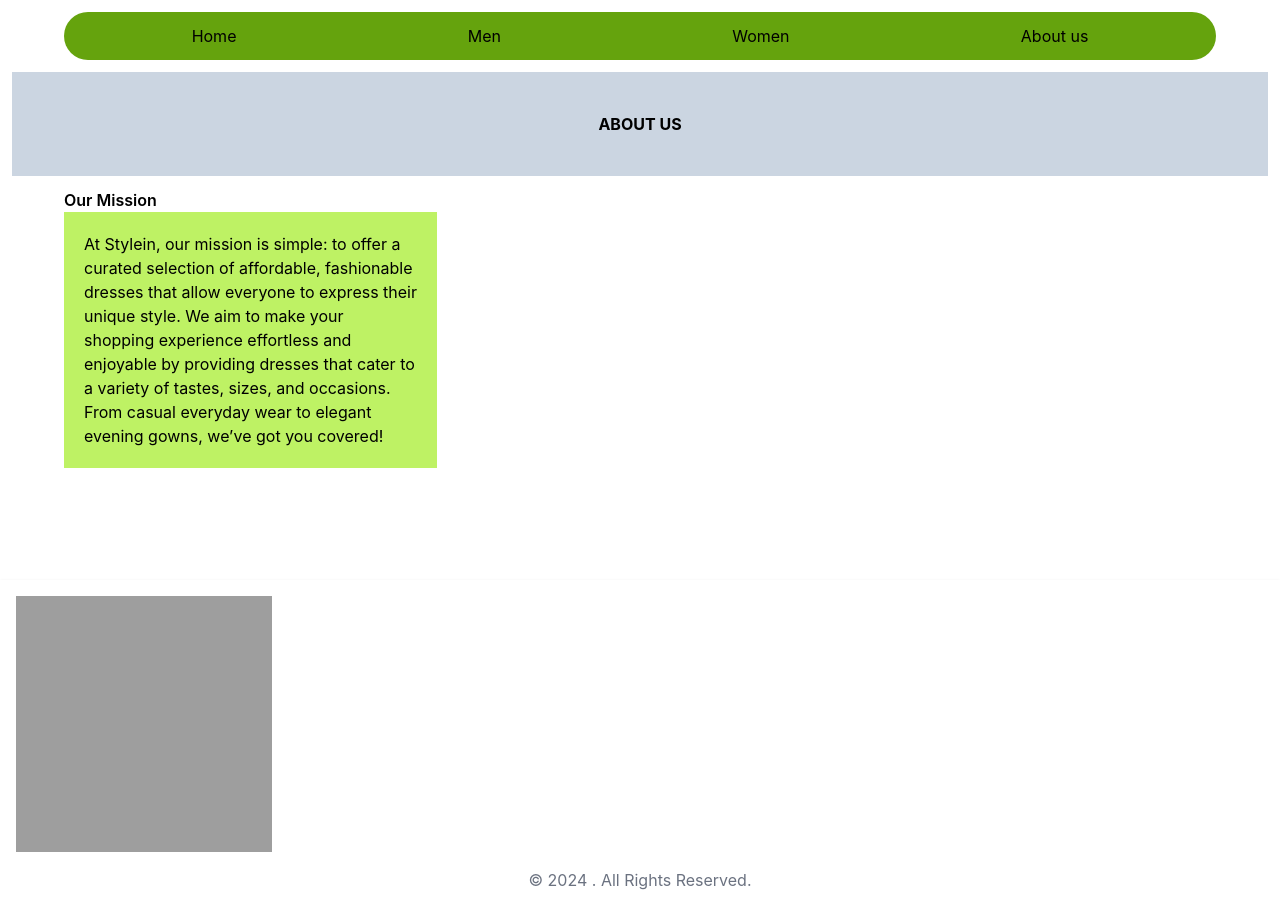
Repository: Mohankkanth/StyleIn_ShoppingSite
Page: /AboutUs
An editor plug-in stored every save of this project. The page is shown before and after the next save, followed by the edit.
The browser window is 1280 px wide. The pictures show the whole page.
Pictures or frames that could not be fetched are drawn as grey boxes. The project was rebuilt for these pictures with package versions that can differ from the ones it lists, and the page was loaded fresh each time. Also part of the build but not shown: vite.config.js, src/component/Home/Home.jsx, src/component/api/MenProducts.jsx, src/component/Men/Men.jsx, src/component/Women/Women.jsx, src/component/api/KidsProducts.jsx, src/component/Kids/Kids.jsx, src/component/Errorpage/Errorpage.jsx and 18 more.

Above is the page before, as saved 2024-11-23 13:58:33.

After the next save:
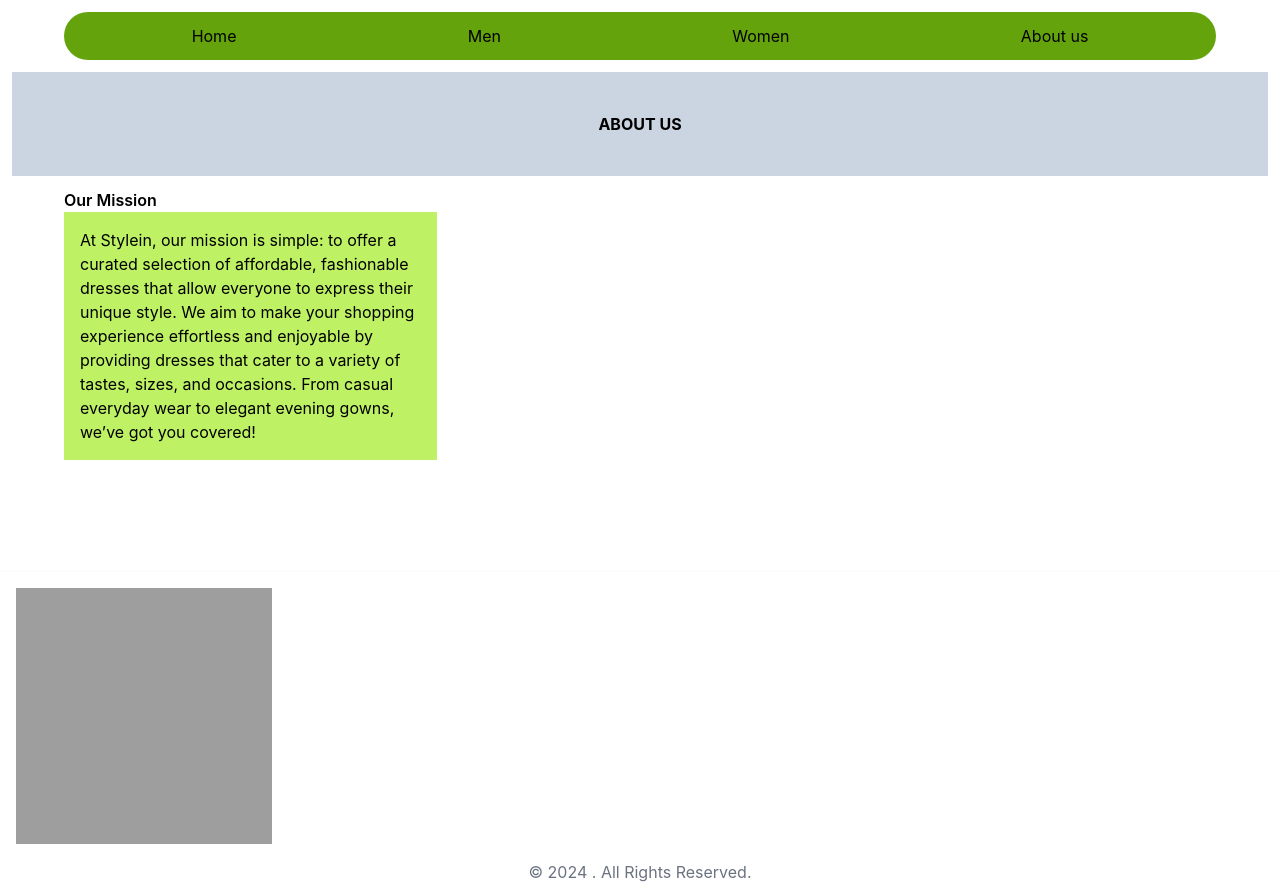
Saved 4 s later.
--- a/src/component/AboutUs/Aboutus.jsx
+++ b/src/component/AboutUs/Aboutus.jsx
@@ -10,7 +10,7 @@
                 <div className=" w-[90%]  mx-auto grid grid-cols-2 md:grid-cols-3 gap-4 ">
                     <div>
                         <p className='font-semibold text-justify '>Our Mission</p>
-                        <p className='bg-lime-300 p-5'>At Stylein, our mission is simple: to offer a curated selection of affordable, fashionable dresses that allow everyone to express their unique style. We aim to make your shopping experience effortless and enjoyable by providing dresses that cater to a variety of tastes, sizes, and occasions. From casual everyday wear to elegant evening gowns, we’ve got you covered!</p>
+                        <p className='bg-lime-300 p-4'>At Stylein, our mission is simple: to offer a curated selection of affordable, fashionable dresses that allow everyone to express their unique style. We aim to make your shopping experience effortless and enjoyable by providing dresses that cater to a variety of tastes, sizes, and occasions. From casual everyday wear to elegant evening gowns, we’ve got you covered!</p>
                     </div>
                 </div>
             </div>
